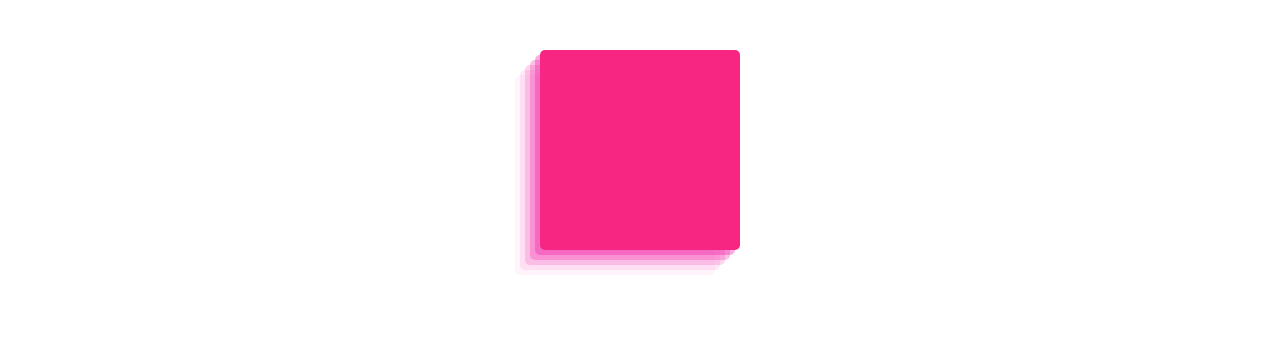
Repository: DQNam2202/HTML_CSS_Basic
Page: Chuong-03/index.html
These files come from the project's save history. The page is drawn as it stood at one moment and after the next save; the edit follows.
The browser window is 1280 px wide. The pictures show the whole page.

Above is the page before, as saved 2021-09-03 19:16:47.

After the next save:
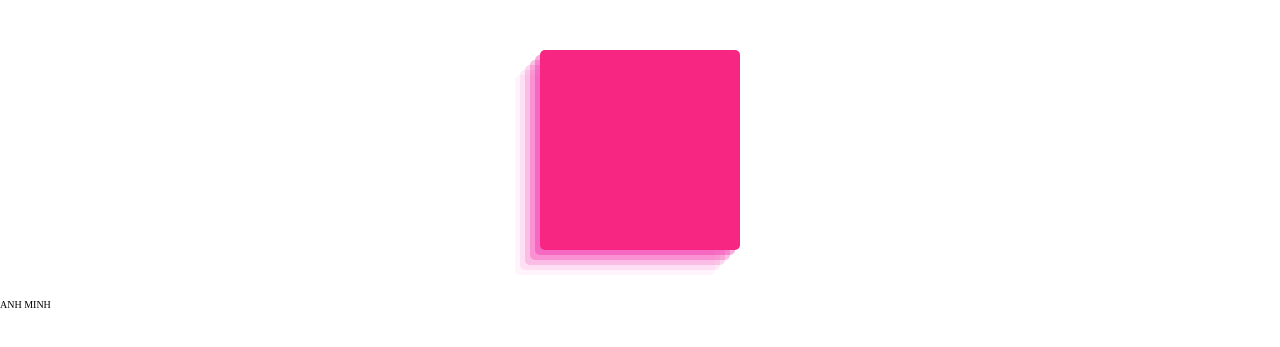
Saved 101 s later.
--- a/Chuong-03/index.html
+++ b/Chuong-03/index.html
@@ -27,5 +27,6 @@
     <!-- <div class="box"></div> -->
     <!-- <div class="title">Dương Quốc Nam</div> -->
     <div class="box-shadow"></div>
+    <div class="text-shadow">ANH MINH</div>
   </body>
 </html>
